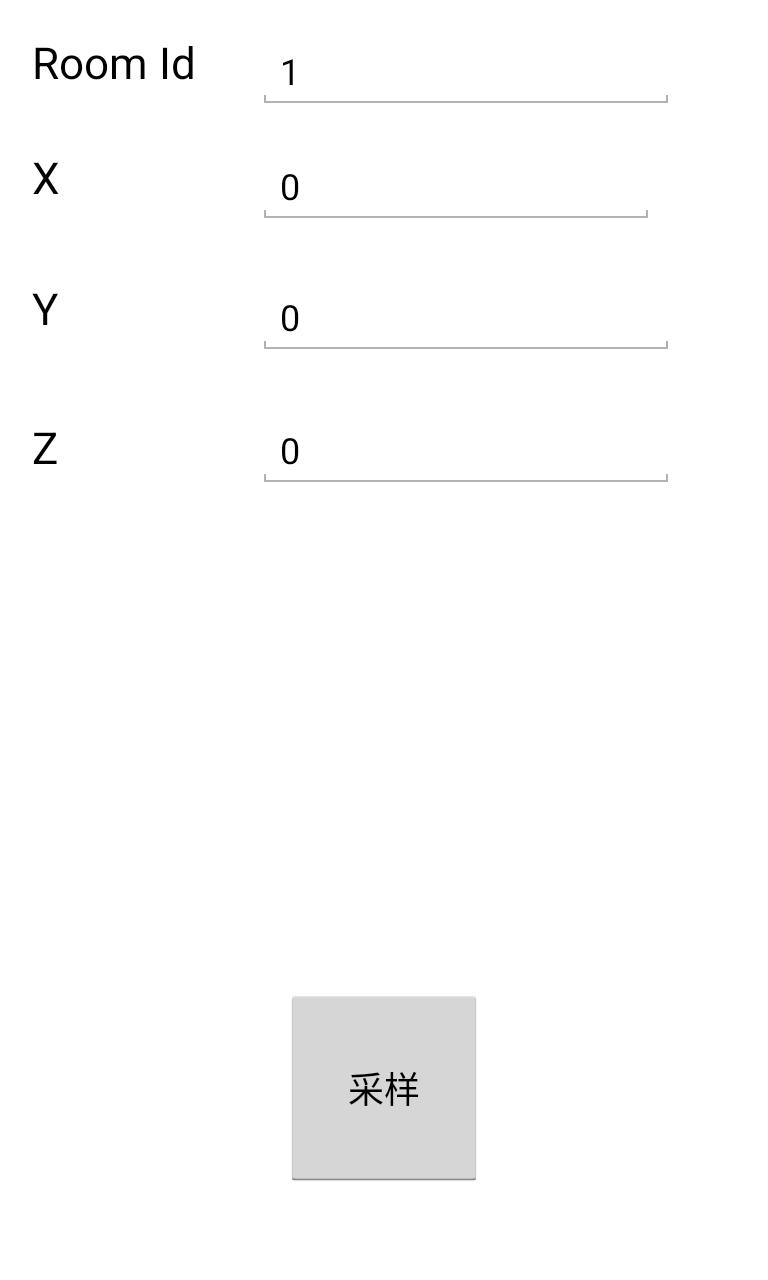
Repository: RenchuSong/tMap_Android
Layout: tmap_model_tool/res/layout/wifi_conllector.xml
The author's editor kept a copy of each file at every save. The layout is drawn from the files as they stood at one save, then again after the next save.
It is drawn on a 768 x 1280 px phone screen (xhdpi) without system bars, with theme AppTheme; the app's code is not run.

Above is the layout before, as saved 2014-04-20 11:44:17.

After the next save:
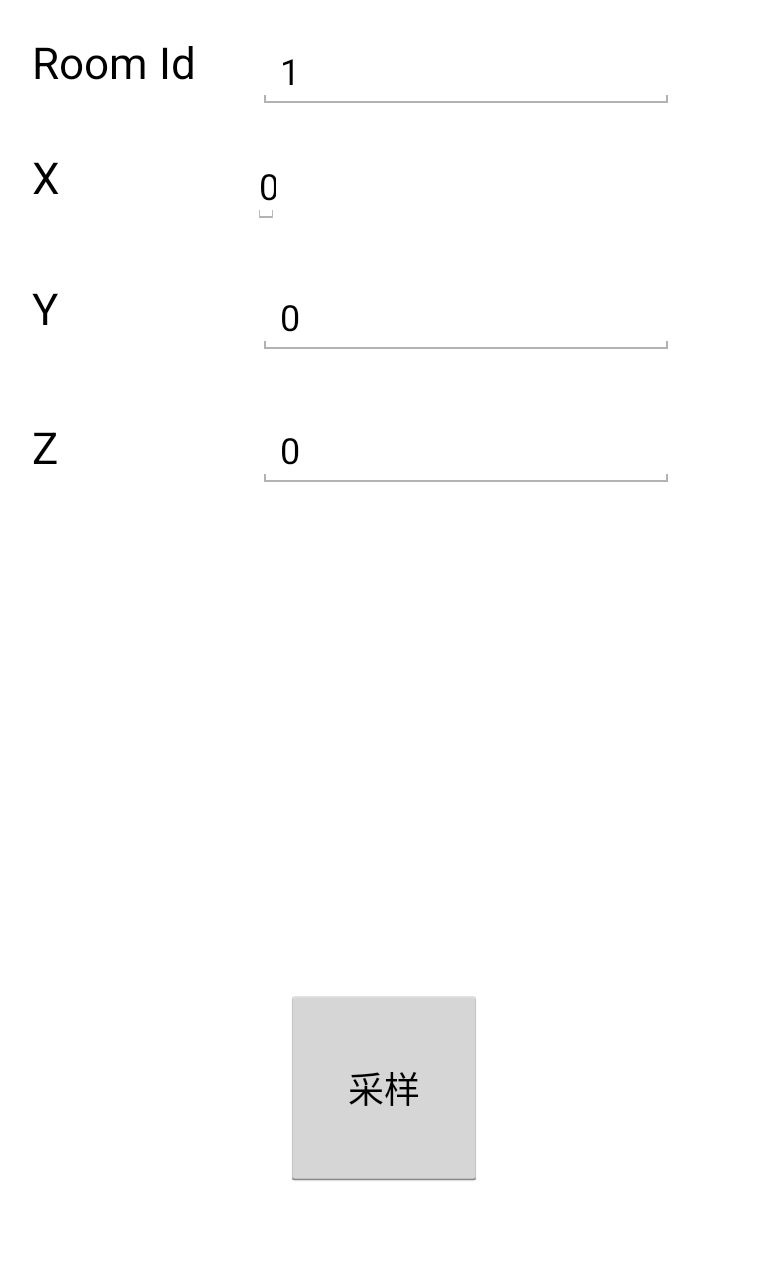
Saved 6 s later.
--- a/tmap_model_tool/res/layout/wifi_conllector.xml
+++ b/tmap_model_tool/res/layout/wifi_conllector.xml
@@ -60,7 +60,7 @@
 
     <EditText
         android:id="@+id/x"
-        android:layout_width="200dp"
+        android:layout_width="10dp"
         android:layout_height="wrap_content"
         android:layout_alignLeft="@+id/roomId"
         android:layout_alignTop="@+id/textView2"
